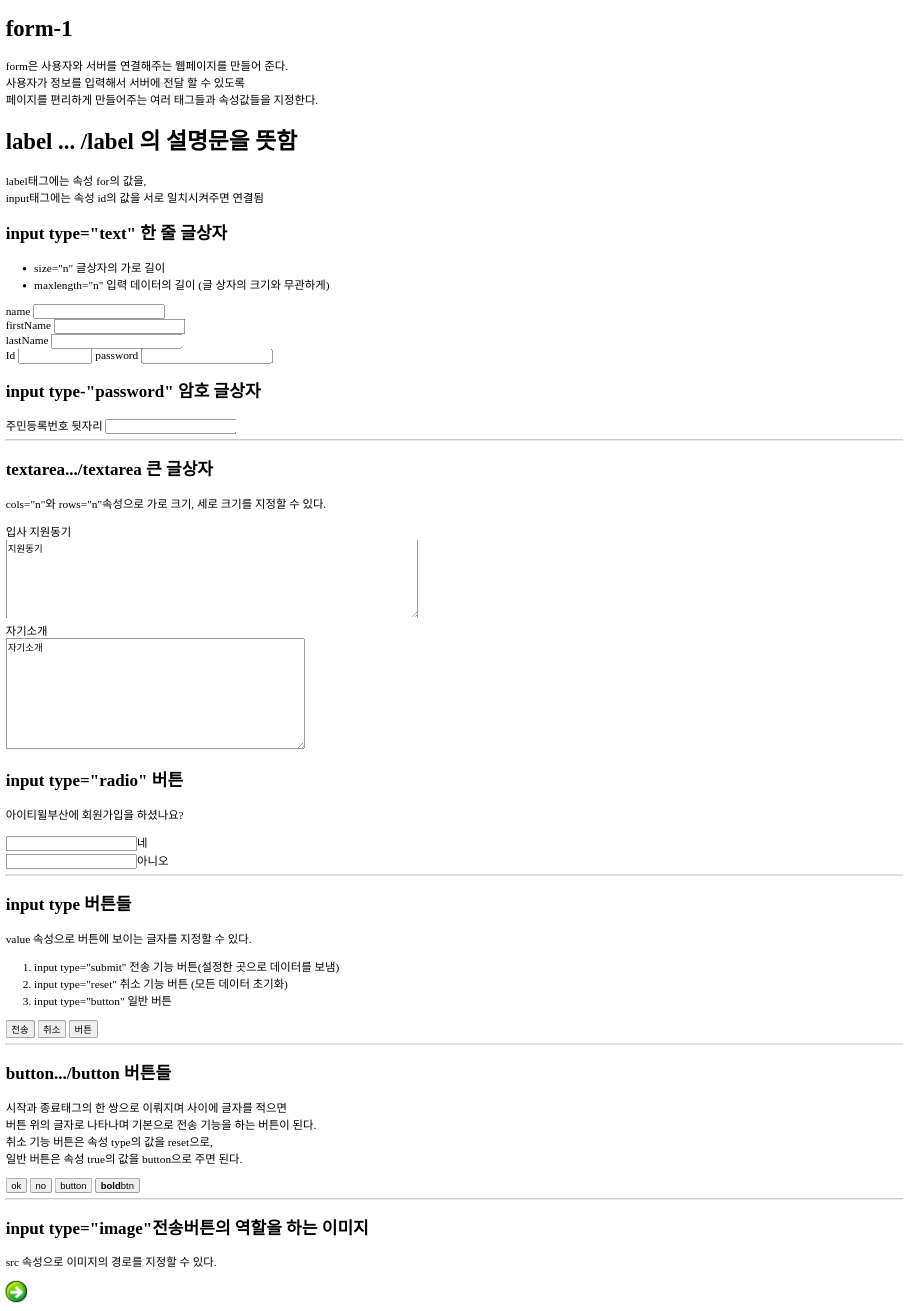
Repository: ReadStar/Web
Page: Html/html5/WebContent/form-1.html
These files come from the project's save history. The page is drawn as it stood at one moment and after the next save; the edit follows.
The browser window is 1280 px wide. The pictures show the whole page, at 71% of full size.

Above is the page before, as saved 2020-08-06 07:39:08.

### Html/html5/WebContent/form-1.html
<!DOCTYPE html>
<html>
<head>
<meta charset="UTF-8">
<title>Insert title here</title>
</head>
<body>
<h1>form-1</h1>
<p>form은 사용자와 서버를 연결해주는 웹페이지를 만들어 준다.<br>
	사용자가 정보를 입력해서 서버에 전달 할 수 있도록<br>
	페이지를 편리하게 만들어주는 여러 태그들과 속성값들을 지정한다.
</p>
<form action="test.jsp" method="get">
<h1>label ... /label 의 설명문을 뜻함</h1>
<p>label태그에는 속성 for의 값을,<br>
  input태그에는 속성 id의 값을 서로 일치시켜주면 연결됨</p>
<h2>input type="text" 한 줄 글상자</h2>
<ul>
<li>size="n" 글상자의 가로 길이</li>
<li>maxlength="n" 입력 데이터의 길이 (글 상자의 크기와 무관하게) </li>
</ul>
	<label for="name">name</label> <input type="text" id="name"><br>
	<label for="f-name">firstName</label> <input type="text" id="f-name"><br>
	<label for="l-name">lastName</label> <input type="text" id="l-name"><br>
	<label for="id">Id</label> <input type="text" id="Id" maxlength="6" size="10">
	<label for="pwd">password</label> <input type="password" id="pwd" maxlength="12"><br>
<h2>input type-"password" 암호 글상자</h2>
	<label for="pass">주민등록번호 뒷자리</label> <input type="password" id="pass" maxlength="7"><br>
<hr>
<h2>textarea.../textarea 큰 글상자</h2>
<p>cols="n"와 rows="n"속성으로 가로 크기, 세로 크기를 지정할 수 있다.</p>
<label>입사 지원동기<br>
<textarea rows="7" cols="70">지원동기</textarea><br>
</label>


<label for="txt02">자기소개</label><br>
<textarea rows="10" cols="50">자기소개</textarea>

<h2>input type="radio" 버튼</h2>
<p>아이티윌부산에 회원가입을 하셨나요?</p>
<label><input type-"radio" name="itw-m">네</label><br>
<label><input type-"radio" name="itw-m">아니오</label>

<hr>
<h2>input type 버튼들</h2>
<p> value 속성으로 버튼에 보이는 글자를 지정할 수 있다.</p>
<ol>
<li>input type="submit" 전송 기능 버튼(설정한 곳으로 데이터를 보냄)</li>
<li>input type="reset" 취소 기능 버튼 (모든 데이터 초기화)</li>
<li>input type="button" 일반 버튼</li>
</ol>

<input type="submit" value="전송">
<input type="reset" value="취소">

<input type="button" value="버튼" onclick="alert('아무것도아님')"><br>

<hr>
<h2>button.../button 버튼들</h2>
<p>시작과 종료태그의 한 쌍으로 이뤄지며 사이에 글자를 적으면<br>
버튼 위의 글자로 나타나며 기본으로 전송 기능을 하는 버튼이 된다.<br>
취소 기능 버튼은 속성 type의 값을  reset으로,<br>
일반 버튼은 속성 true의 값을 button으로 주면 된다.</p>
<button>ok</button>
<button type="reset">no</button>

<button type="button" onmouseover="alert('조심')">button</button>
<button type="button"><b>bold</b>btn</button>

<hr>
<h2>input type="image"전송버튼의 역할을 하는 이미지</h2>
<p>src 속성으로 이미지의 경로를 지정할 수 있다.</p>

<input type="image" src="img.gif" width="30" height="30">
</form>

</body>
</html>

After the next save:
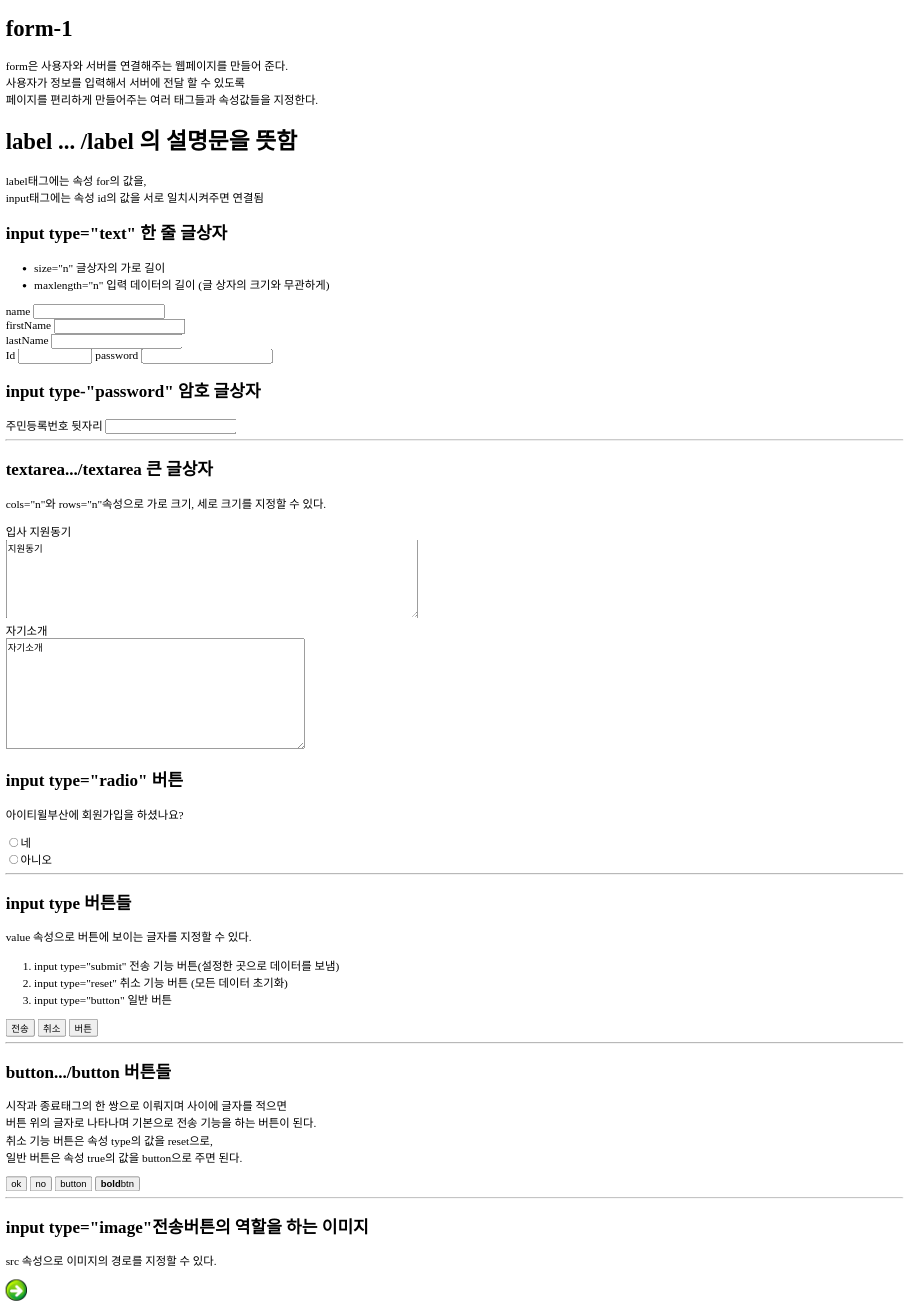
Saved 5 s later.
--- a/Html/html5/WebContent/form-1.html
+++ b/Html/html5/WebContent/form-1.html
@@ -39,8 +39,8 @@
 
 <h2>input type="radio" 버튼</h2>
 <p>아이티윌부산에 회원가입을 하셨나요?</p>
-<label><input type-"radio" name="itw-m">네</label><br>
-<label><input type-"radio" name="itw-m">아니오</label>
+<label><input type="radio" name="itw-m">네</label><br>
+<label><input type="radio" name="itw-m">아니오</label>
 
 <hr>
 <h2>input type 버튼들</h2>
